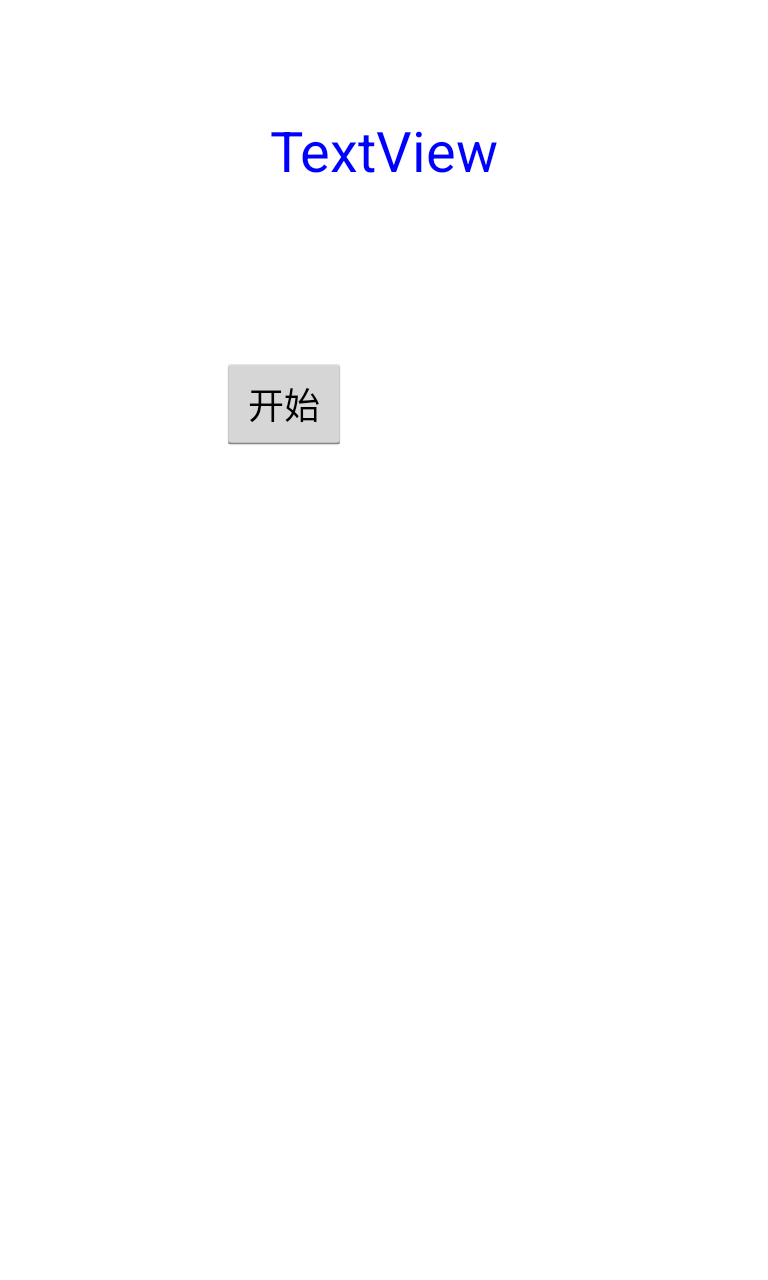
Repository: Tentjx/togit
Layout: workspace/Fragments/res/layout/main.xml
The author's editor kept a copy of each file at every save. The layout is drawn from the files as they stood at one save, then again after the next save.
It is drawn on a 768 x 1280 px phone screen (xhdpi) without system bars, with theme AppTheme; the app's code is not run.

Above is the layout before, as saved 2015-01-08 07:43:06.

### workspace/Fragments/res/layout/main.xml
<?xml version="1.0" encoding="utf-8"?>
<RelativeLayout xmlns:android="http://schemas.android.com/apk/res/android"
    android:layout_width="match_parent"
    android:layout_height="match_parent" >

    <TextView
        android:id="@+id/textView1"
        android:layout_width="match_parent"
        android:layout_height="wrap_content"
        android:layout_alignParentTop="true"
        android:layout_centerHorizontal="true"
        android:layout_marginTop="56dp"
        android:textColor="#0000ff"
        android:textSize="28sp"
        android:gravity="center"
        android:text="TextView" />

    <Button
        android:id="@+id/button1"
        android:layout_width="wrap_content"
        android:layout_height="wrap_content"
        android:layout_alignParentLeft="true"
        android:layout_below="@+id/textView1"
        android:layout_marginLeft="110dp"
        android:layout_marginTop="84dp"
        android:text="开始" />

</RelativeLayout>

Loaded but not shown: workspace/Fragments/res/values/styles.xml (common file); workspace/Fragments/res/values-v11/styles.xml (common file); workspace/Fragments/res/values-v14/styles.xml (common file)

After the next save:
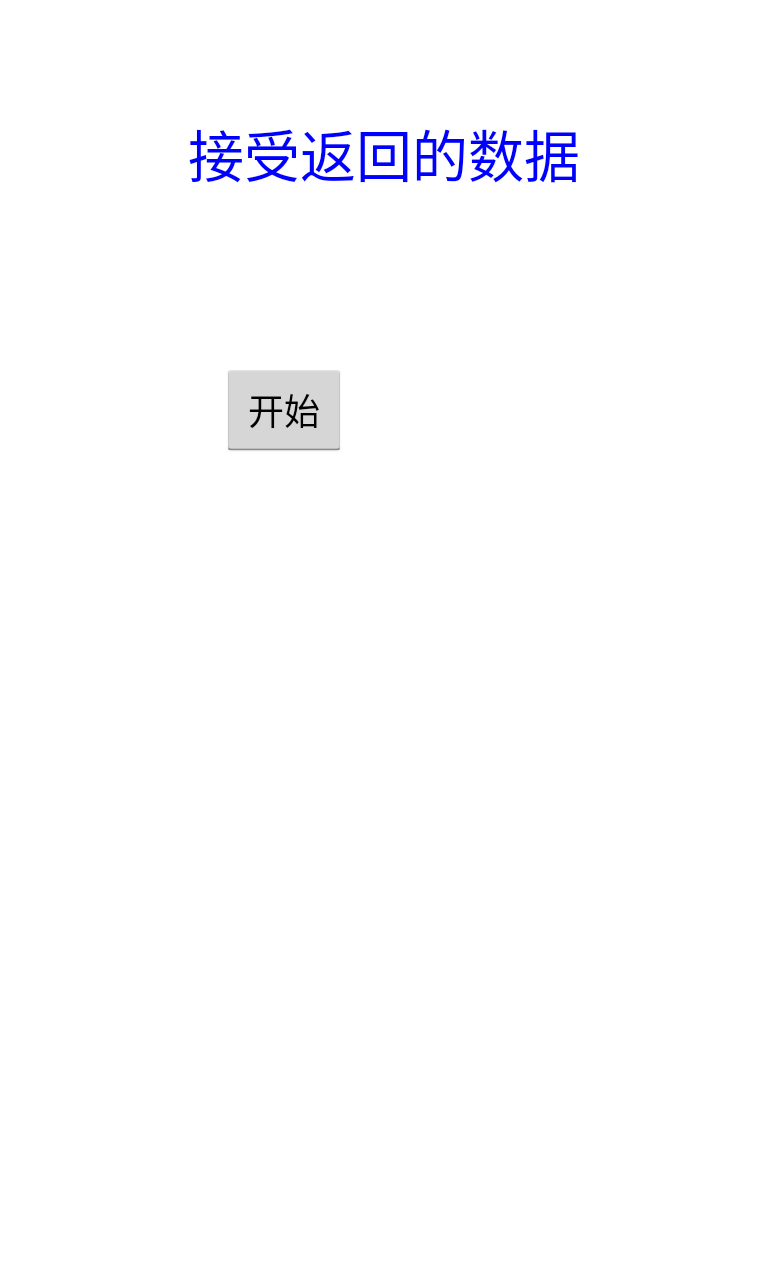
Saved 33 s later.
--- a/workspace/Fragments/res/layout/main.xml
+++ b/workspace/Fragments/res/layout/main.xml
@@ -13,7 +13,7 @@
         android:textColor="#0000ff"
         android:textSize="28sp"
         android:gravity="center"
-        android:text="TextView" />
+        android:text="接受返回的数据" />
 
     <Button
         android:id="@+id/button1"
